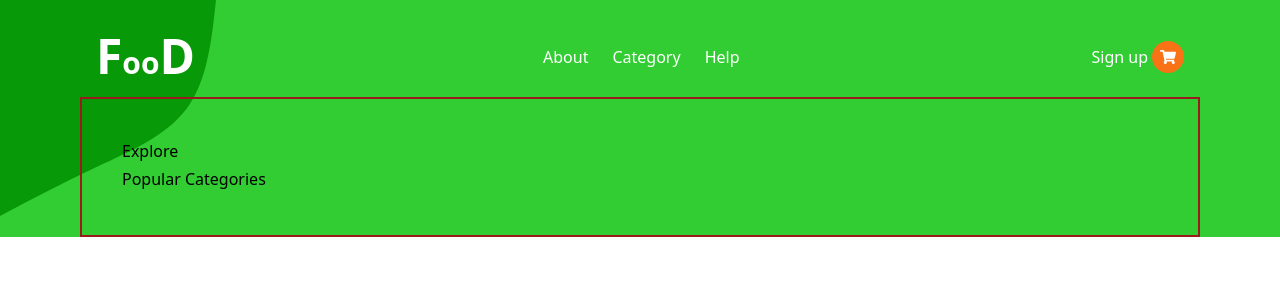
Repository: KhushiCode14/FoodWeb
Page: /category (app in frontend/)
These files come from the project's save history. The page is drawn as it stood at one moment and after the next save; the edit follows.
The browser window is 1280 px wide. The pictures show the whole page.
The project was rebuilt for these pictures with package versions that can differ from the ones it lists, and the page was loaded fresh each time. Also part of the build but not shown: frontend/src/Pages/Home.tsx, frontend/src/components/Home/SignUp.tsx, frontend/src/components/Home/SignIn.tsx, frontend/src/components/Home/Cart.tsx.

Above is the page before, as saved 2024-09-24 11:59:19.

After the next save:
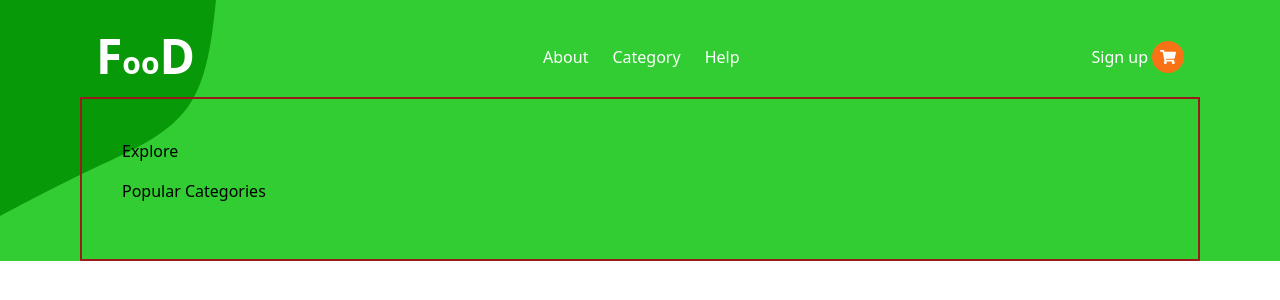
Saved 4 s later.
--- a/frontend/src/components/categories/Category.tsx
+++ b/frontend/src/components/categories/Category.tsx
@@ -2,7 +2,7 @@ import React from 'react'
 
 const Category = () => {
   return (
-    <div className='flex flex-col p-10 border-red-800 border-2 gap-1'>
+    <div className='flex flex-col p-10 border-red-800 border-2 gap-4'>
       <div><button>Explore</button></div>
       <div><h1>Popular Categories</h1></div>
       {/* cards */}
